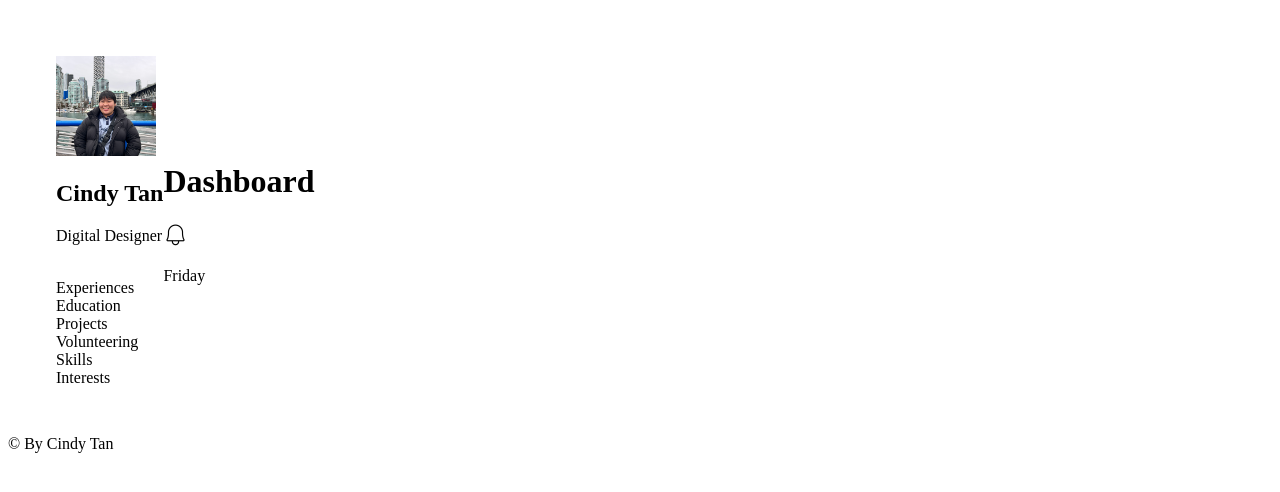
Repository: Cindy-tan/Assessment-_1
Page: /
An editor plug-in stored every save of this project. The page is shown before and after a run of saves, followed by the edit.
The browser window is 1280 px wide. The pictures show the whole page.
The project was rebuilt for these pictures with package versions that can differ from the ones it lists, and the page was loaded fresh each time. The framework's server and built-in components were replaced by stand-ins that run in the browser. Also part of the build but not shown: next.config.js, components/Header/Header.module.css, components/Card/Card.module.css, components/Card/index.js, components/Footer/Footer.module.css, components/SideNavigation/SideNavigation.module.css.

Above is the page before, as saved 2024-01-18 23:31:49.

After the next 6 saves:
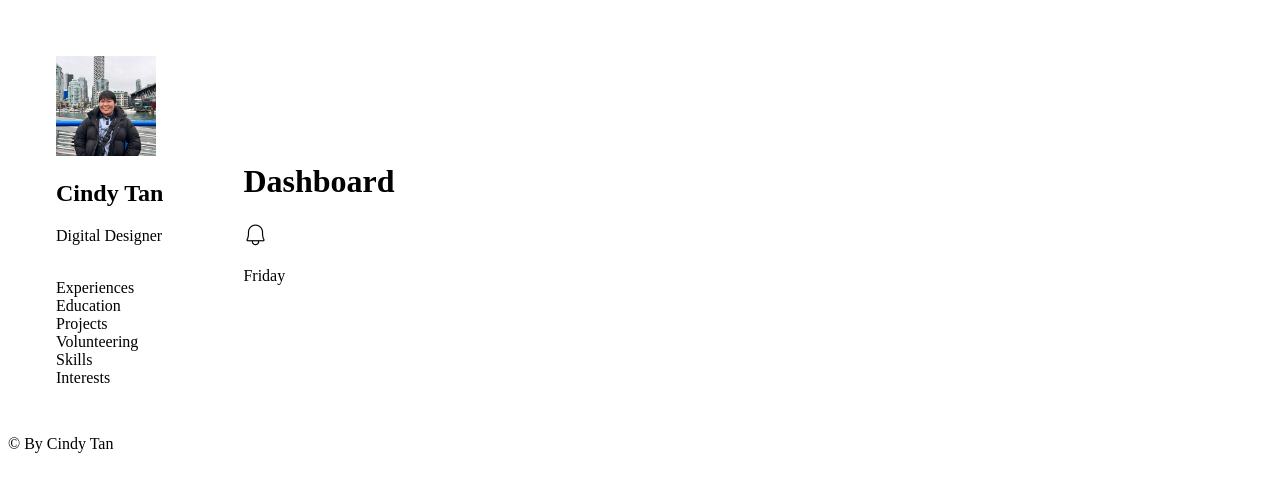
The 6 saves are shown as one change because 1 did not build or start and some came seconds apart.
The last was saved 35 s later.
--- a/pages/index.js
+++ b/pages/index.js
@@ -25,7 +25,7 @@ export default function Home() {
         <SideNavigation/>
         </div>
 
-        <div className='header'>
+        <div className={`${styles.header}`}>
         <Header/>
         </div>
 
